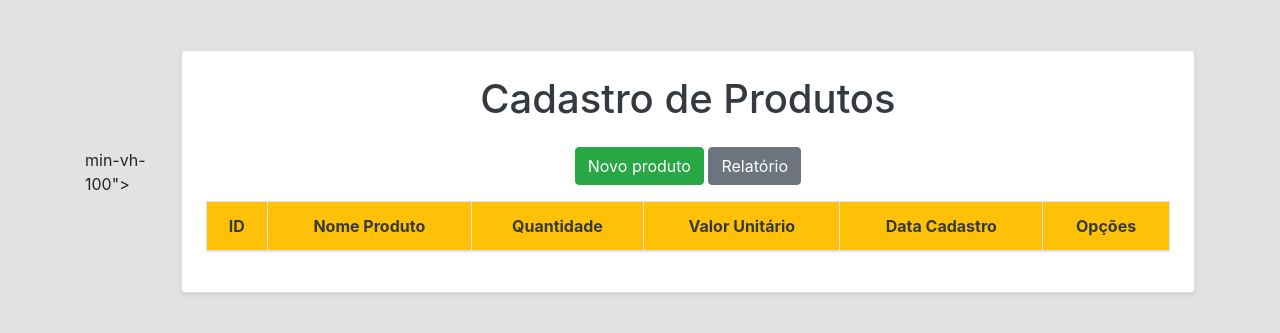
Repository: brudorea/produto
Page: http://localhost/produto/main
An editor plug-in stored every save of this project. The page is shown before and after the next save, followed by the edit.
The browser window is 1280 px wide. The pictures show the whole page.
The page is served by Tomcat 10. Other server files are loaded and not shown. Queries for data that is not in the repository find no rows.

Above is the page before, as saved 2025-06-09 23:51:16.
Console error: SyntaxError: Unexpected end of input

### produto/src/main/webapp/cadastro.jsp
<%@ page language="java" contentType="text/html; charset=UTF-8"
	pageEncoding="UTF-8"%>

<%@ page import="model.JavaBeans"%>
<%@ page import="java.util.ArrayList"%>

<%@ page import="java.util.Locale"%>
<%@ page import="java.time.format.DateTimeFormatter"%>
<%@ page import="java.text.NumberFormat"%>
<%
@SuppressWarnings("unchecked")
ArrayList<JavaBeans> lista = (ArrayList<JavaBeans>) request.getAttribute("produtos");
%>

<%
NumberFormat moeda = NumberFormat.getCurrencyInstance(Locale.of("pt", "BR"));
%>

<!DOCTYPE html>
<html lang="pt-br">
<head>
<meta charset="UTF-8">
<meta name="viewport" content="width=device-width, initial-scale=1.0">
<meta name="description"
	content="Sistema de cadastro de produtos com Java e Bootstrap.">
<meta name="keywords"
	content="cadastro, produtos, sistema, Java, Bootstrap">
<title>Cadastro de Produtos</title>
<link rel="shortcut icon" href="img/favicon.png" type="image/x-icon">
<link rel="stylesheet"
	href="https://stackpath.bootstrapcdn.com/bootstrap/4.1.3/css/bootstrap.min.css">
<link rel="stylesheet" href="style.css">
</head>
<body>
	<div class="container d-flex justify-content-center align-items-center">
		min-vh-100">
		<section class="card shadow-sm p-4 w-100">
			<div class="text-center">
				<h1 class="text-dark mb-4">Cadastro de Produtos</h1>
				<a href="novo.html" class="btn btn-success">Novo produto</a> <a
					href="report" class="btn btn-secondary">Relatório</a>
			</div>

			<div class="table-responsive pt-3">
				<table class="table table-bordered table-striped text-center">
					<thead class="bg-warning text-dark">
						<tr>
							<th scope="col">ID</th>
							<th scope="col">Nome Produto</th>
							<th scope="col">Quantidade</th>
							<th scope="col">Valor Unitário</th>
							<th scope="col">Data Cadastro</th>
							<th scope="col">Opções</th>
						</tr>
					</thead>
					<tbody>
						<%
						for (int i = 0; i < lista.size(); i++) {
						%>
						<tr>
							<td><%=lista.get(i).getId()%></td>
							<td class="text-left"><%=lista.get(i).getNome()%></td>
							<td><%=lista.get(i).getQtde()%></td>

							<td><%=moeda.format(lista.get(i).getValor_unit())%></td>

							<td><%=lista.get(i).getData_cad().format(DateTimeFormatter.ofPattern("dd/MM/yyyy"))%></td>

							<td><a href="select?id=<%=lista.get(i).getId()%>"
								class="btn btn-sm btn-primary">Editar</a> <a
								href="javascript:confirmar(<%=lista.get(i).getId()%>)"
								class="btn btn-sm btn-danger">Excluir</a></td>
						</tr>

						<%
						}
						%>

					</tbody>
				</table>
			</div>
		</section>
	</div>

	<script src="https://code.jquery.com/jquery-3.3.1.slim.min.js"></script>
	<script>
			src="https://cdnjs.cloudflare.com/ajax/libs/popper.js/1.14.3/umd/popper.min.js"></script>
	<script>
			src="https://stackpath.bootstrapcdn.com/bootstrap/4.1.3/js/bootstrap.min.js"></script>
	<script src="confirmar.js"></script>
</body>
</html>

### produto/src/main/java/controller/Controller.java
package controller;

import java.io.IOException;
import java.text.NumberFormat;
import java.time.LocalDate;
import java.time.format.DateTimeFormatter;
import java.util.ArrayList;
import java.util.Locale;

import com.itextpdf.text.Document;
import com.itextpdf.text.Paragraph;
import com.itextpdf.text.pdf.PdfPCell;
import com.itextpdf.text.pdf.PdfPTable;
import com.itextpdf.text.pdf.PdfWriter;

import jakarta.servlet.RequestDispatcher;
import jakarta.servlet.ServletException;
import jakarta.servlet.annotation.WebServlet;
import jakarta.servlet.http.HttpServlet;
import jakarta.servlet.http.HttpServletRequest;
import jakarta.servlet.http.HttpServletResponse;
import model.DAO; // Classe do banco de dados
import model.JavaBeans;


@WebServlet(urlPatterns = { "/main", "/insert", "/select", "/update", "/delete", "/report" })

public class Controller extends HttpServlet {
	private static final long serialVersionUID = 1L;

	DAO dao = new DAO(); // Testar o banco de dados
	JavaBeans produto = new JavaBeans();


	public Controller() {
		super();

	}

	protected void doGet(HttpServletRequest request, HttpServletResponse response)
			throws ServletException, IOException {


		String action = request.getServletPath();
		System.out.println(action);

		if (action.equals("/main")) {
			produtos(request, response);
		} else if (action.equals("/insert")) {
			adicionarProduto(request, response);
		} else if (action.equals("/select")) {
			listarProduto(request, response);
		} else if (action.equals("/update")) {
			editarProduto(request, response);
		} else if (action.equals("/delete")) {
			removerProduto(request, response);
		} else if (action.equals("/report")) {
			gerarRelatorio(request, response);
		} else {
			response.sendRedirect("index.html");
		}
	}

	protected void produtos(HttpServletRequest request, HttpServletResponse response)
			throws ServletException, IOException {

		ArrayList<JavaBeans> lista = dao.listarProdutos();

		request.setAttribute("produtos", lista);
		RequestDispatcher rd = request.getRequestDispatcher("cadastro.jsp");
		rd.forward(request, response);

		}

	protected void adicionarProduto(HttpServletRequest request, HttpServletResponse response)
			throws ServletException, IOException {

		int qtde = Integer.parseInt(request.getParameter("qtde"));
		String valorUnitStr = request.getParameter("valorunit").replace(",", ".");
		float valorUnit = Float.parseFloat(valorUnitStr);
		String dataTexto = request.getParameter("data_cad");
		LocalDate data = LocalDate.parse(dataTexto);

		produto.setNome(request.getParameter("nome_produto"));
		produto.setQtde(qtde);
		produto.setValor_unit(valorUnit);
		produto.setData_cad(data);

		dao.inserirProduto(produto);

		response.sendRedirect("main");

	}

	protected void listarProduto(HttpServletRequest request, HttpServletResponse response)
			throws ServletException, IOException {
		int id = Integer.parseInt(request.getParameter("id"));


		produto.setId(id);

		dao.selecionarProduto(produto);

		NumberFormat formato = NumberFormat.getCurrencyInstance(Locale.forLanguageTag("pt-BR"));
		String valorFormatado = formato.format(produto.getValor_unit());

		request.setAttribute("id", produto.getId());
		request.setAttribute("nome", produto.getNome());
		request.setAttribute("qtde", produto.getQtde());
		request.setAttribute("valorunit", valorFormatado);
		request.setAttribute("data_cadastro", produto.getData_cad());

		RequestDispatcher rd = request.getRequestDispatcher("editar.jsp");
		rd.forward(request, response);
	}

	protected void editarProduto(HttpServletRequest request, HttpServletResponse response)
			throws ServletException, IOException {

		try {
			int id = Integer.parseInt(request.getParameter("id"));
			String nome = request.getParameter("nome_produto");
			int qtde = Integer.parseInt(request.getParameter("qtde"));

			String valorTexto = request.getParameter("valorunit");
			valorTexto = valorTexto.replaceAll("[\\s\\u00A0]", "");
			valorTexto = valorTexto.replace("R$", "");
			valorTexto = valorTexto.replace(",", ".");
			float valorUnit = Float.parseFloat(valorTexto);

			LocalDate datacadastro = LocalDate.parse(request.getParameter("data_cad"));

			produto.setId(id);
			produto.setNome(nome);
			produto.setQtde(qtde);
			produto.setValor_unit(valorUnit);
			produto.setData_cad(datacadastro);

			dao.alterarProduto(produto);

		} catch (Exception e) {
			System.err.println("Erro ao editar produto:" + e.getMessage());
		}

		response.sendRedirect("main");
	}

	protected void removerProduto(HttpServletRequest request, HttpServletResponse response)
			throws ServletException, IOException {
		int id = Integer.parseInt(request.getParameter("id"));

		produto.setId(id);

		dao.deletarProduto(produto);

		response.sendRedirect("main");
	}

	protected void gerarRelatorio(HttpServletRequest request, HttpServletResponse response)
			throws ServletException, IOException {
		Document documento = new Document();

		try {
			response.setContentType("aplication/pdf");
			response.addHeader("Content-Disposition", "inline; filename=" + "Produtos.pdf");

			PdfWriter.getInstance(documento, response.getOutputStream());

			documento.open();
			documento.add(new Paragraph("Lista de Produtos"));
			documento.add(new Paragraph(" "));

			PdfPTable tabela = new PdfPTable(4);

			PdfPCell col1 = new PdfPCell (new Paragraph("Nome Produto"));
			PdfPCell col2 = new PdfPCell (new Paragraph("Qtde"));
			PdfPCell col3 = new PdfPCell (new Paragraph("Valor Unitário"));
			PdfPCell col4 = new PdfPCell (new Paragraph("Data Cadastro"));

			tabela.addCell(col1);
			tabela.addCell(col2);
			tabela.addCell(col3);
			tabela.addCell(col4);

			DateTimeFormatter formatada = DateTimeFormatter.ofPattern("dd/MM/yyyy");
			NumberFormat moedaBR = NumberFormat.getCurrencyInstance(Locale.forLanguageTag("pt-BR"));

			ArrayList<JavaBeans> lista = dao.listarProdutos();
			for(int i = 0; i < lista.size(); i++) {
				tabela.addCell(lista.get(i).getNome());
				tabela.addCell(String.valueOf(lista.get(i).getQtde()));
				tabela.addCell(moedaBR.format(lista.get(i).getValor_unit()));
				String dataFormatada = lista.get(i).getData_cad().format(formatada);
				tabela.addCell(dataFormatada);
			}

			documento.add(tabela);
			documento.close();


			} catch (Exception e) {
			System.out.print(e);
			documento.close();
		}
	}
}

### produto/src/main/webapp/style.css
@charset "UTF-8";

body {
	background: #e2e2e2;
}

.container {
	margin-top: 50px;
}

### produto/src/main/webapp/confirmar.js
/**
 * Confirmar a exclusão do produto
 * @param id
 */

function confirmar(id){
	let resposta = confirm("Confirma a exclusão deste produto?")
	if(resposta === true){
		//alert(id)
		window.location.href = "delete?id=" + id
	}
}

After the next save:
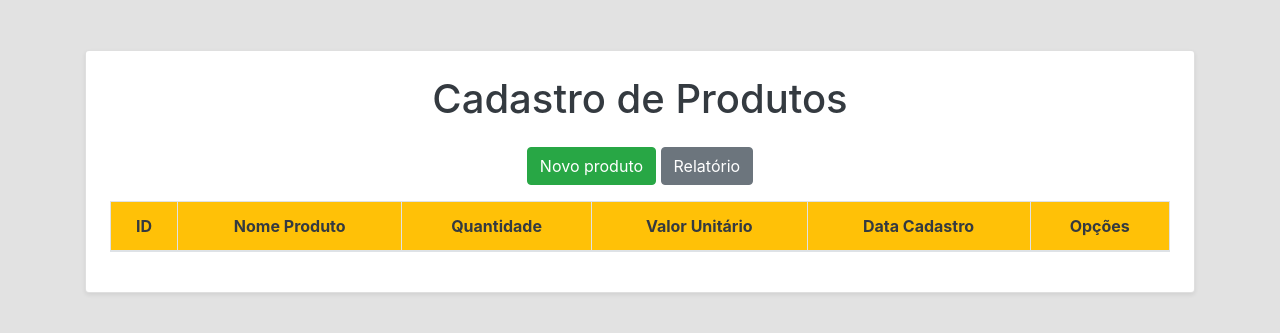
Saved 44 s later.
--- a/produto/src/main/webapp/cadastro.jsp
+++ b/produto/src/main/webapp/cadastro.jsp
@@ -32,8 +32,7 @@ NumberFormat moeda = NumberFormat.getCurrencyInstance(Locale.of("pt", "BR"));
 <link rel="stylesheet" href="style.css">
 </head>
 <body>
-	<div class="container d-flex justify-content-center align-items-center">
-		min-vh-100">
+	<div class="container d-flex justify-content-center align-items-center min-vh-100">
 		<section class="card shadow-sm p-4 w-100">
 			<div class="text-center">
 				<h1 class="text-dark mb-4">Cadastro de Produtos</h1>
